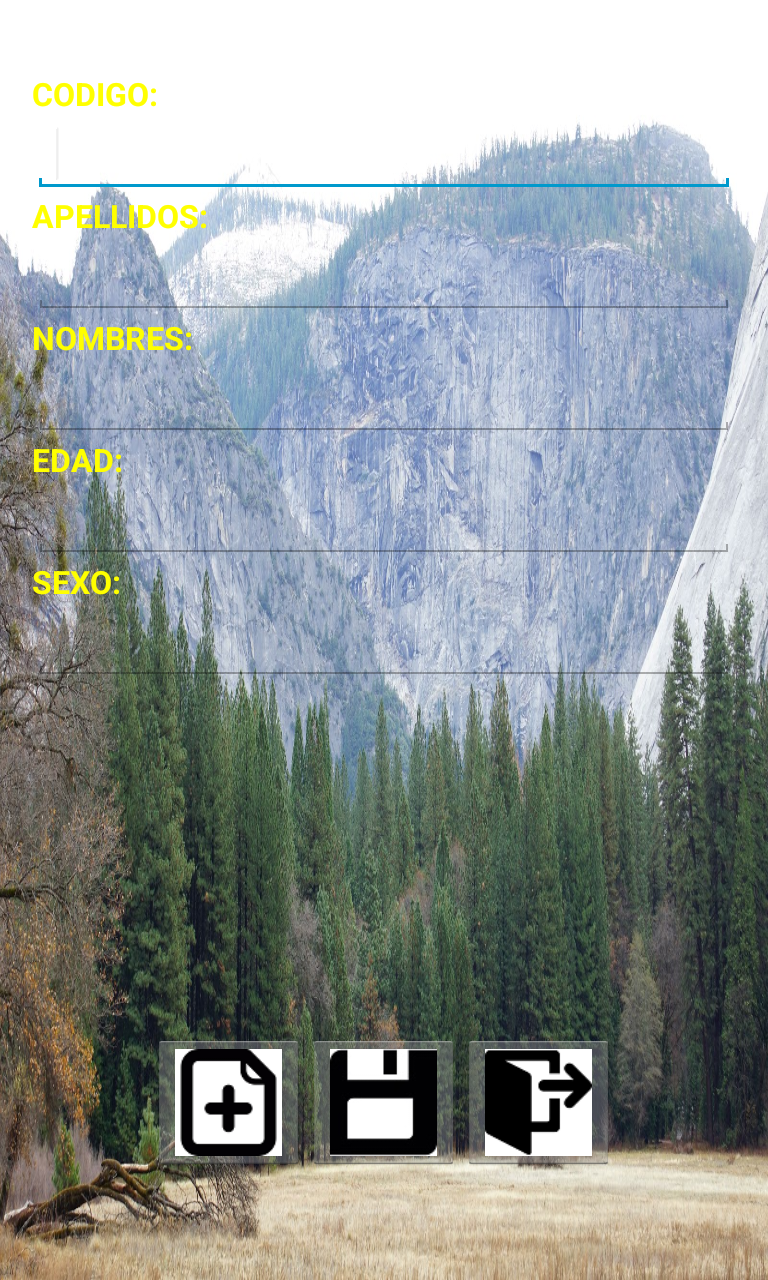
Repository: sherildyasmin06/MantenimientoconSQLite
Layout: Sqllite01/res/layout/activity_ingreso.xml
An editor plug-in stored every save of this project. The layout is shown before and after the next save, followed by the edit.
It is drawn on a 768 x 1280 px phone screen (xhdpi) without system bars, with theme AppTheme; the app's code is not run.

Above is the layout before, as saved 2017-11-08 23:48:08.

After the next save:
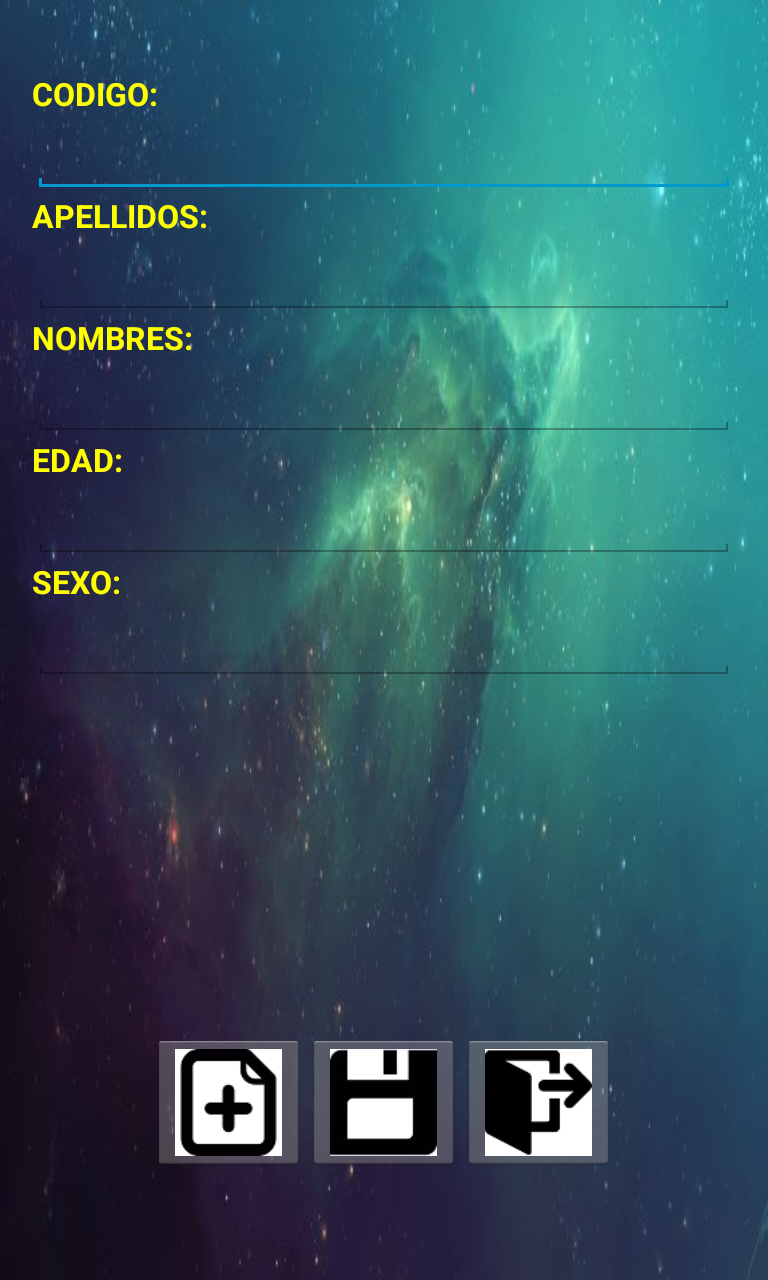
Saved 56 s later.
--- a/Sqllite01/res/layout/activity_ingreso.xml
+++ b/Sqllite01/res/layout/activity_ingreso.xml
@@ -2,7 +2,7 @@
     xmlns:tools="http://schemas.android.com/tools"
     android:layout_width="match_parent"
     android:layout_height="match_parent"
-    android:background="@drawable/fondo02"
+    android:background="@drawable/fondo03"
     android:gravity="center"
     android:paddingBottom="@dimen/activity_vertical_margin"
     android:paddingLeft="@dimen/activity_horizontal_margin"
